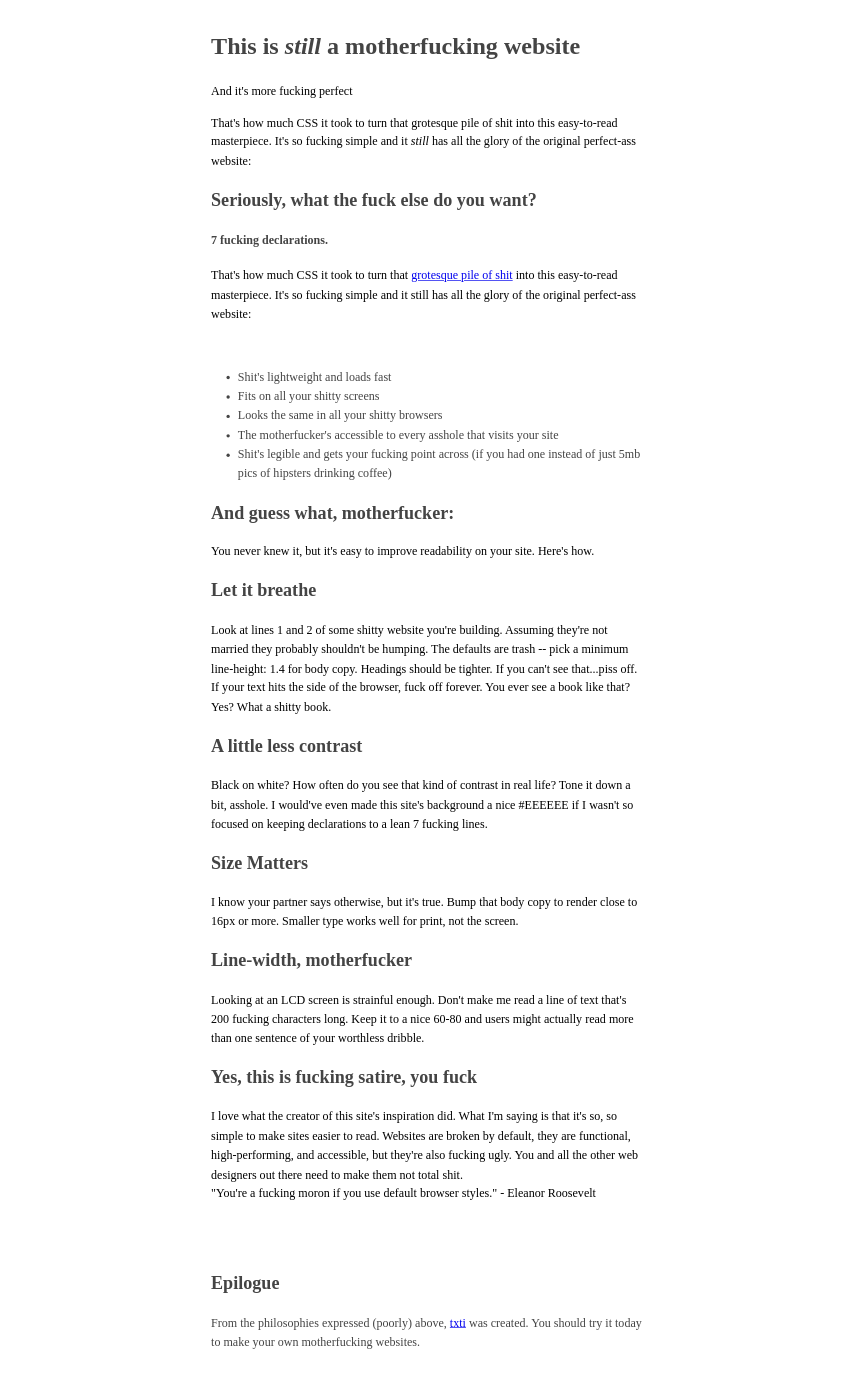
Repository: Ulrichvoitier/Refaire-Google
Page: Better MotherFuckingWebsite.html
The author's editor kept a copy of each file at every save. The page is drawn from the files as they stood at one save, then again after the next save.
The browser window is 1280 px wide. The pictures show the whole page, at 67% of full size.

Above is the page before, as saved 2023-01-09 21:26:33.

After the next save:
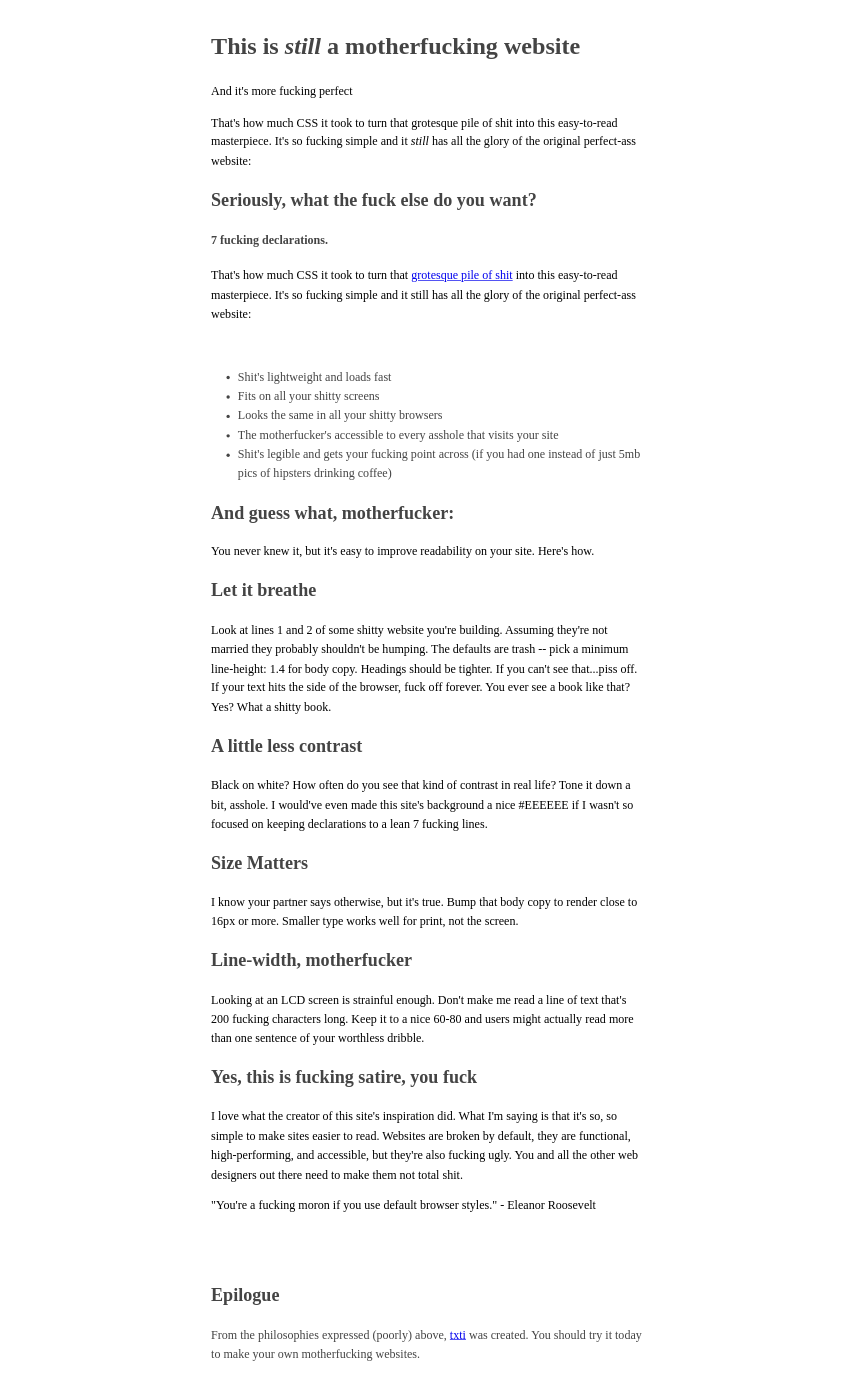
Saved 64 s later.
--- a/Better MotherFuckingWebsite.html
+++ b/Better MotherFuckingWebsite.html
@@ -42,8 +42,8 @@
     <h2>Yes, this is fucking satire, you fuck</h2>
     <p> I love what the creator of this site's inspiration did. What I'm saying is that it's so, so simple to make sites easier to read. Websites are broken by default, they are functional, high-performing, and accessible, but they're also fucking ugly. You and all the other web designers out there need to make them not total shit.
     <br>
-    "You're a fucking moron if you use default browser styles."
-    - Eleanor Roosevelt
+    <p>"You're a fucking moron if you use default browser styles."
+        - Eleanor Roosevelt</p>
     </p>
     <br>
     <br>
